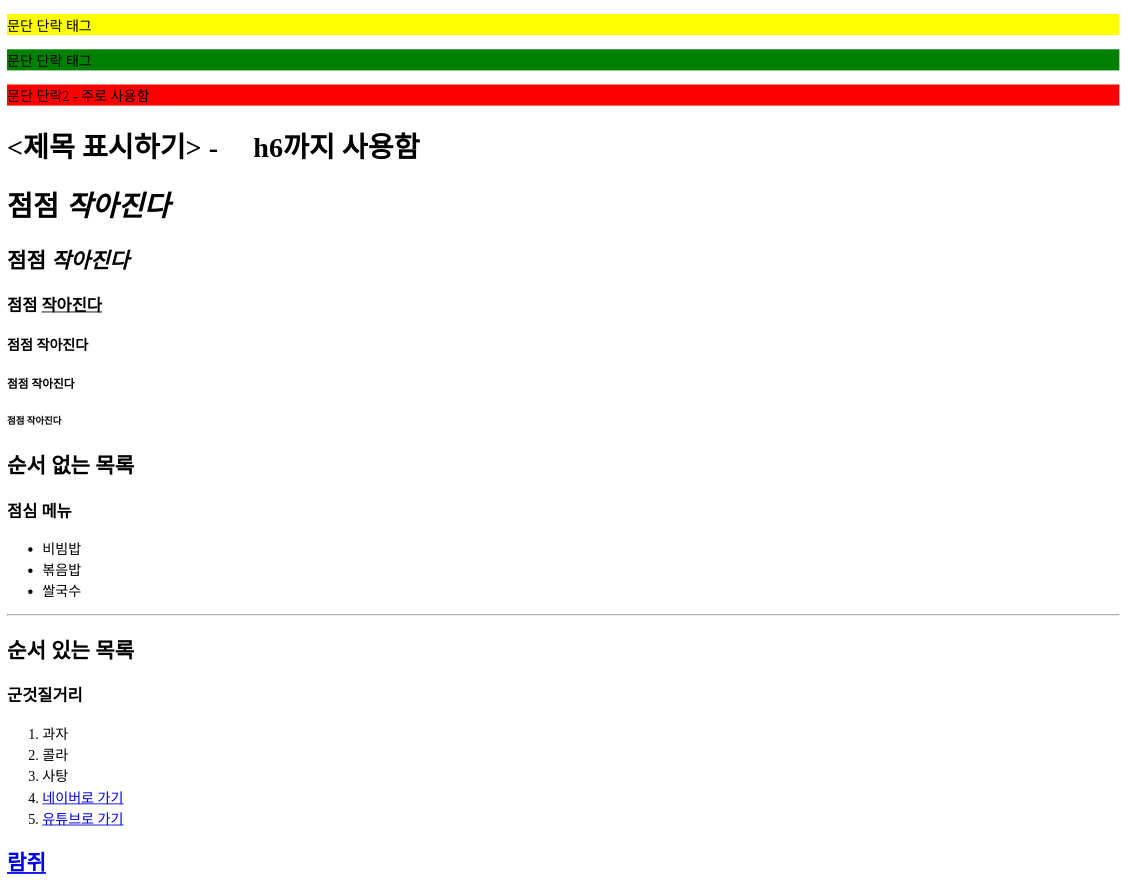
Repository: hsaar/jsworkplace
Page: http://localhost/testjsp/html/test01.jsp
The author's editor kept a copy of each file at every save. The page is drawn from the files as they stood at one save, then again after the next save.
The browser window is 1280 px wide. The pictures show the whole page, at 88% of full size.
The page is served by Tomcat 9.

Above is the page before, as saved 2025-08-19 03:41:46.

After the next save:
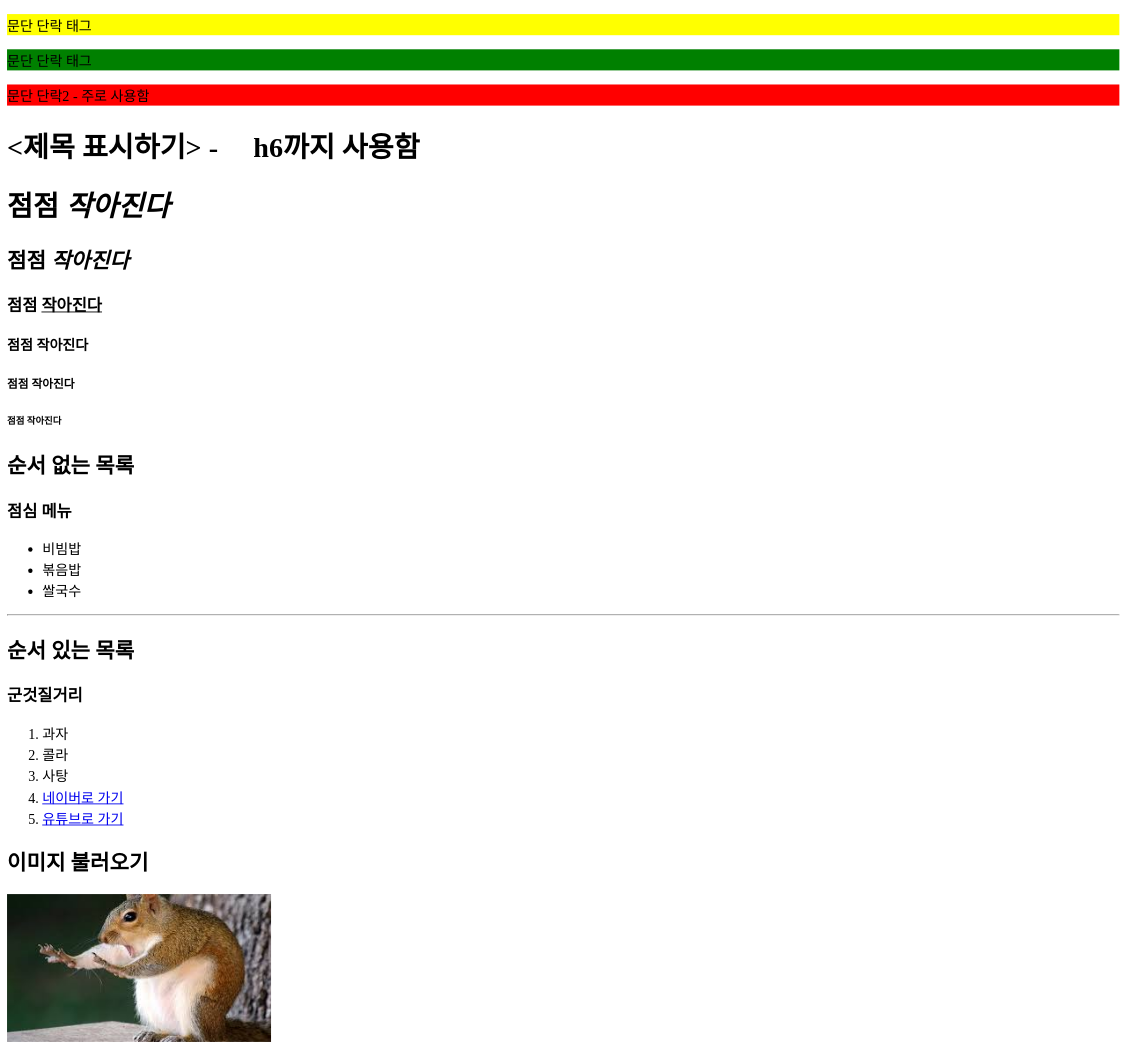
Saved 55 s later.
--- a/testjsp/src/main/webapp/html/test01.jsp
+++ b/testjsp/src/main/webapp/html/test01.jsp
@@ -45,7 +45,8 @@
 		  3) /images/ - 절대경로 image
 	-->
 	<div>
-		<h2><a href = "C:\class\jsworkplace\testjsp\src\main\webapp\image">람쥐</a></h2>
+		<h2>이미지 불러오기</h2>
+		<img src = "../image/ramjii.jpg">
 
 	</div>
 
